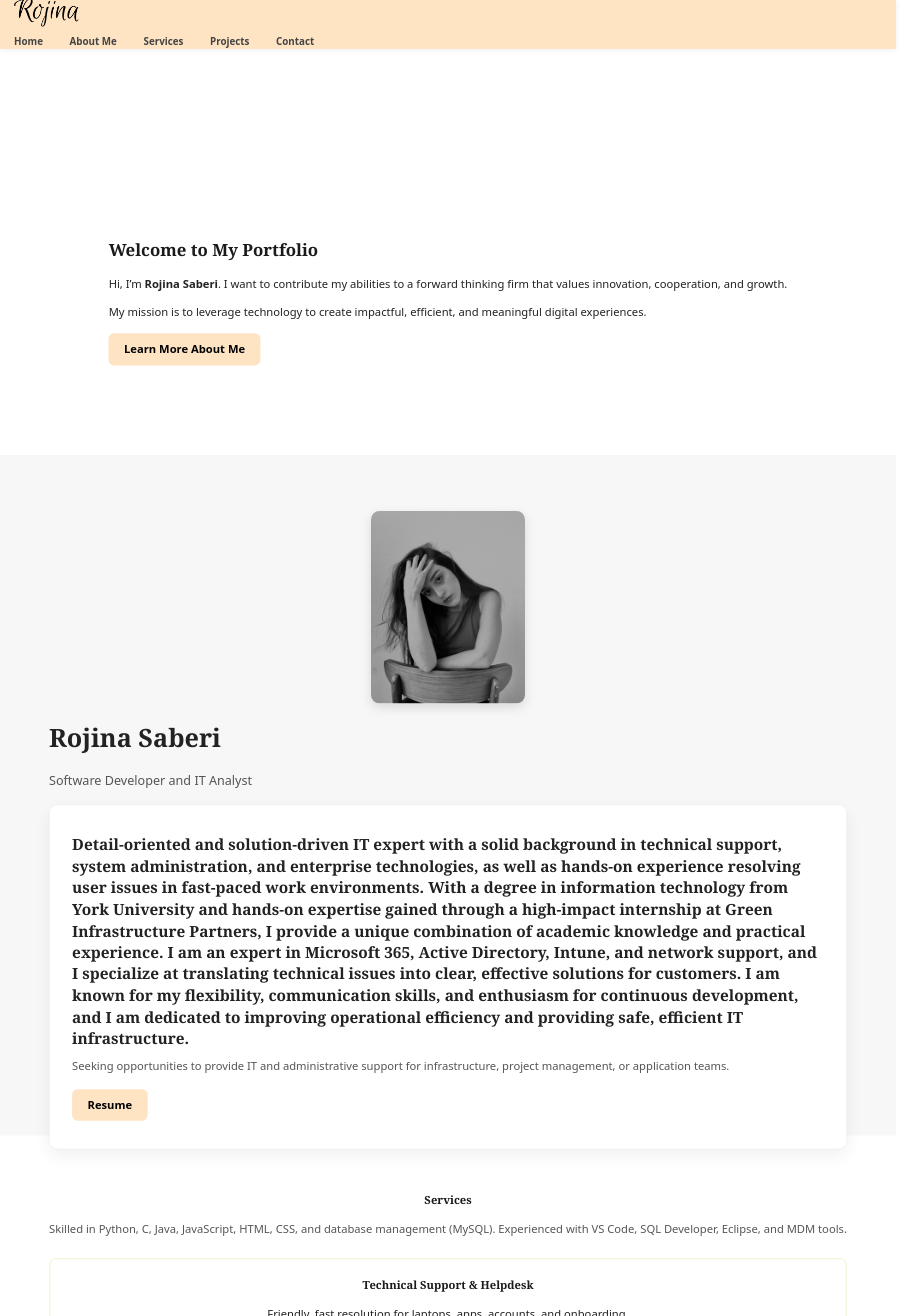
Repository: rozhinasaberi/MyPortfolio
Page: / (app in client/)
These files come from the project's save history. The page is drawn as it stood at one moment and after the next save; the edit follows.
The browser window is 1280 px wide. The page is 1280 px wide, then 1292 px, so the pictures cover 1292 px, including what lies to the right of the window. The pictures show the part of the page from y = 0 to 1880 px (the page is 7917 px tall before and 7887 px after), at 70% of full size.
The project was rebuilt for these pictures with package versions that can differ from the ones it lists, and the page was loaded fresh each time.

Above is the page before, as saved 2025-09-17 06:38:30.

After the next save:
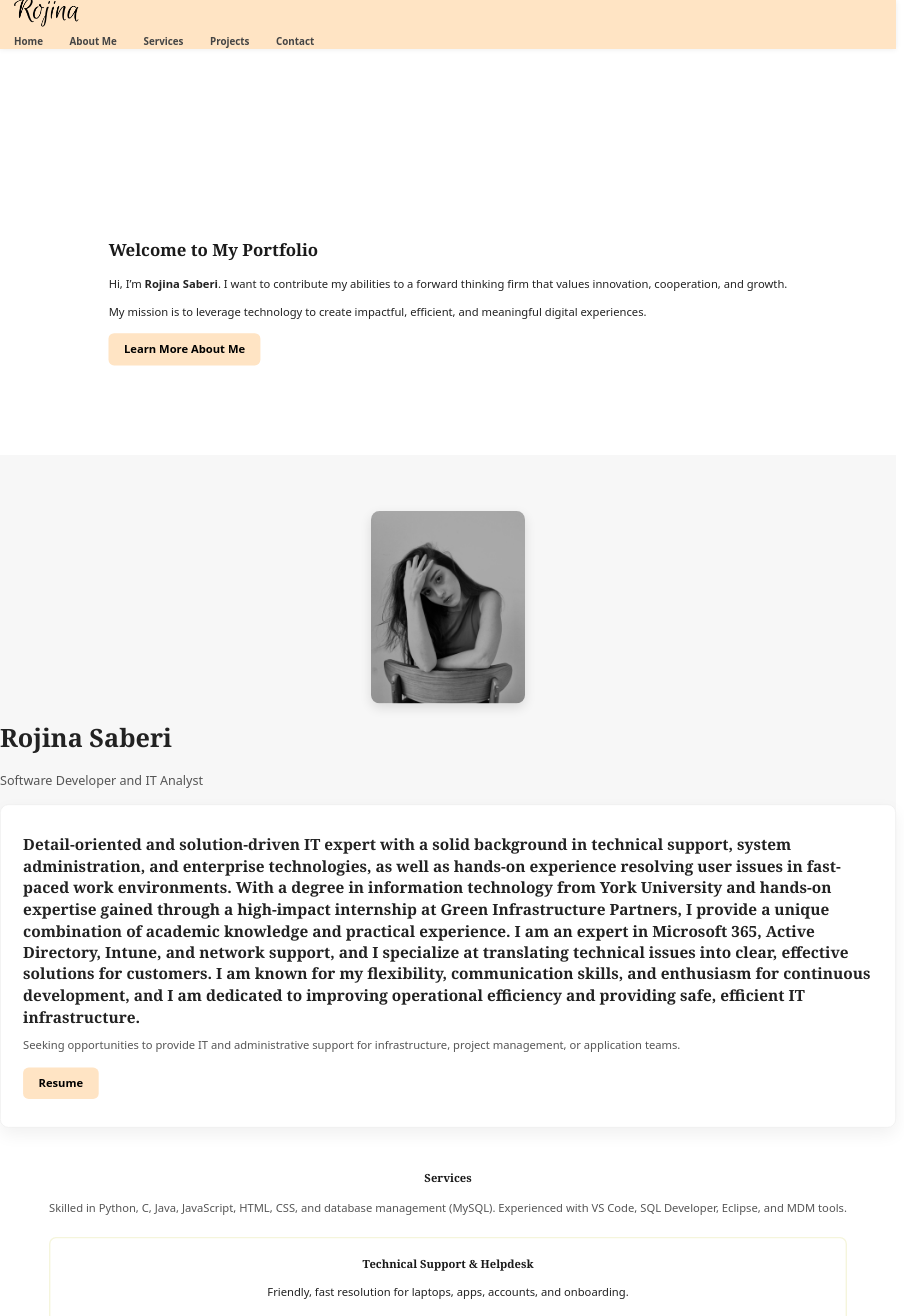
Saved 33 s later.
--- a/client/src/App.css
+++ b/client/src/App.css
@@ -27,7 +27,7 @@ h1, h2, h3, h4 {
   margin: 0 0 .5rem 0;
 }
 
-.container { max-width: 1140px; }
+
 
  /* Header and Navbar*/
 #header {
